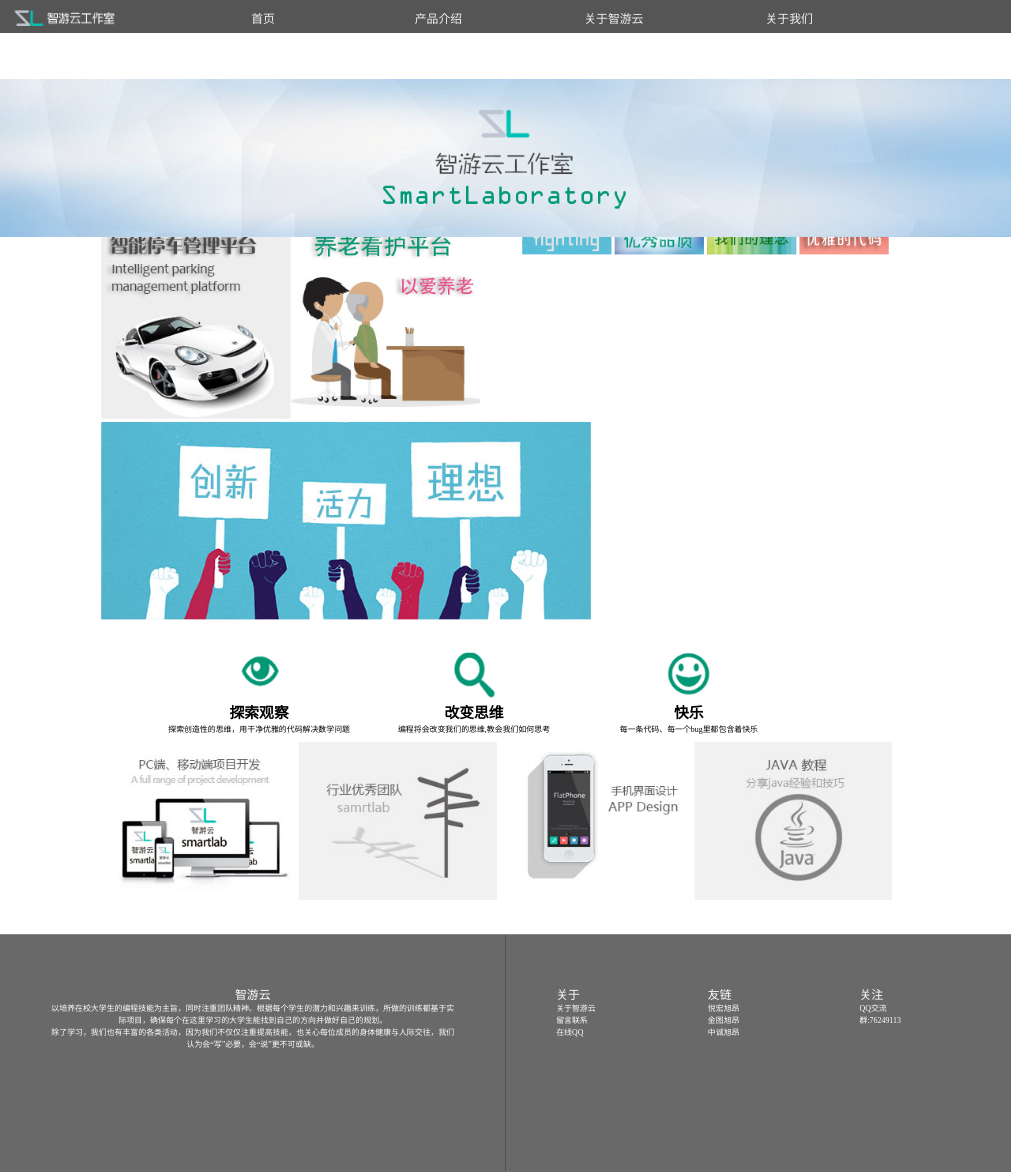
Repository: dakai1234/webTest
Page: 智游云1/index/index.html
The author's editor kept a copy of each file at every save. The page is drawn from the files as they stood at one save, then again after the next save.
The browser window is 1280 px wide. The pictures show the whole page, at 79% of full size.

Above is the page before, as saved 2021-04-10 10:26:04.

After the next save:
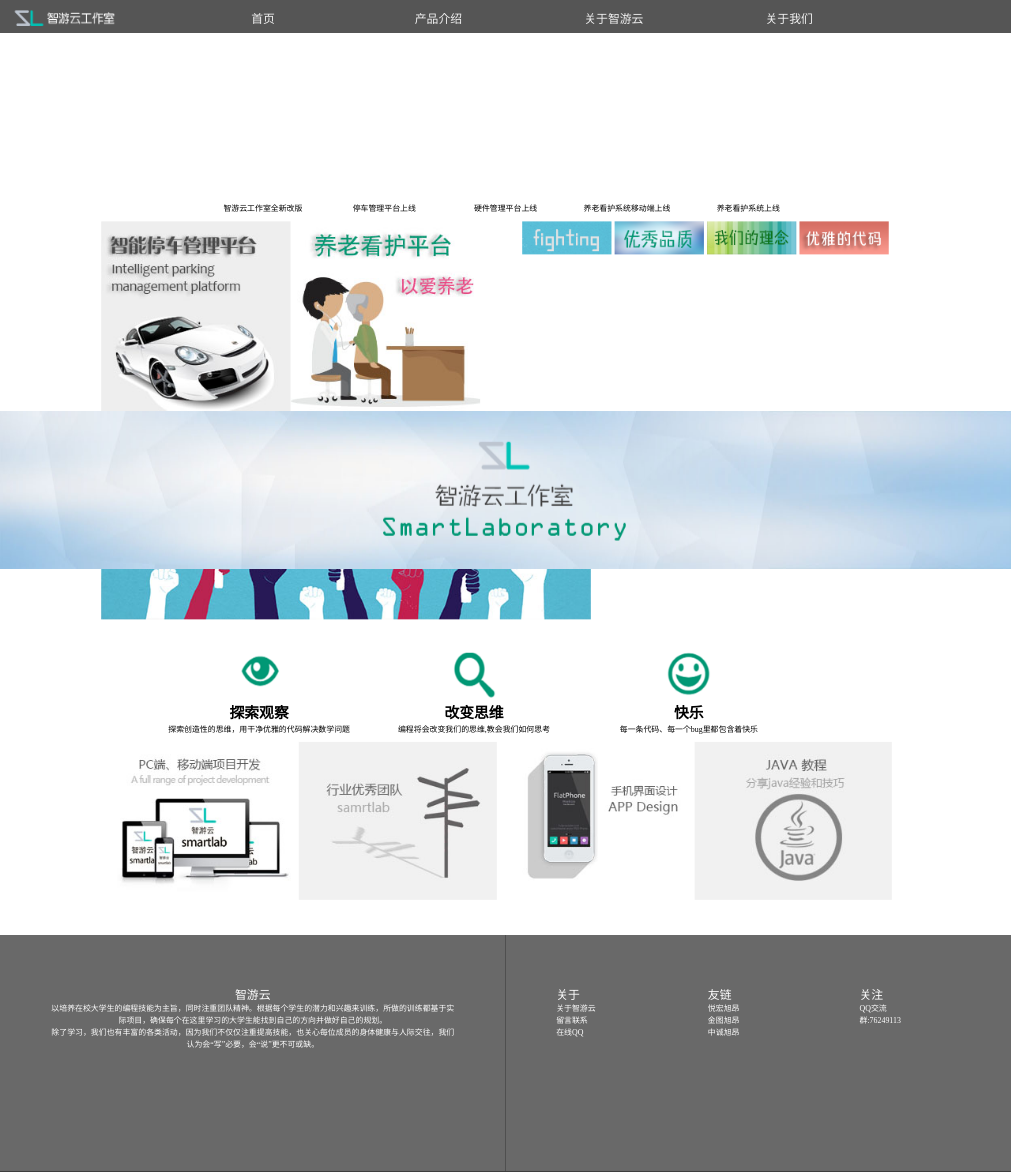
Saved 6 min 53 s later.
--- a/智游云1/index/index.css
+++ b/智游云1/index/index.css
@@ -2,7 +2,10 @@
     text-align: center;
     width: 100%;
     position: fixed;
-    margin-top: -155px;
+    bottom: 0;
+    left: 0;
+    height: 200px;
+    z-index: 0;
     background: url(images/banner.jpg) no-repeat;
     background-size: 100% 200px;
 }
